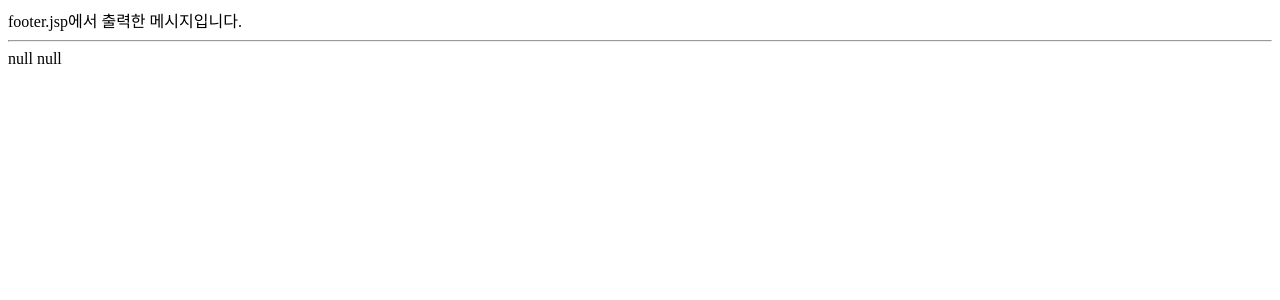
Repository: JeongDaejin/JSP-
Page: http://localhost/ServletTest/footer2.jsp
An editor plug-in stored every save of this project. The page is shown before and after the next save, followed by the edit.
The browser window is 1280 px wide. The pictures show the whole page.
The page is served by Tomcat 9. Other server files are loaded and not shown.

Above is the page before, as saved 2023-02-01 06:40:38.

### JSPExam2/ServletTest/src/main/webapp/footer2.jsp
<%@ page language="java" contentType="text/html; charset=EUC-KR"
    pageEncoding="EUC-KR"%>
<!DOCTYPE html>
<html>
<head>
<meta charset="EUC-KR">
<title>Insert title here</title>
</head>
<body>
footer.jsp에서 출력한 메시지입니다.
<hr>
	<%=request.getParameter("email") %>
	<%=request.getParameter("tel") %>
</body>
</html>

After the next save:
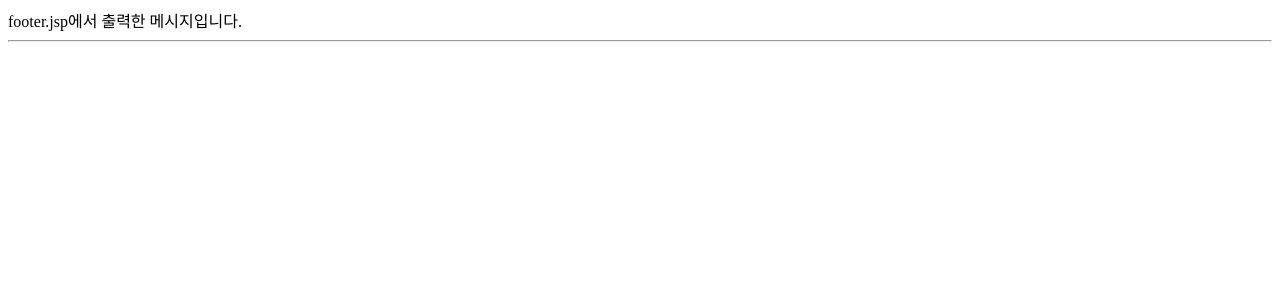
Saved 43 s later.
--- a/JSPExam2/ServletTest/src/main/webapp/footer2.jsp
+++ b/JSPExam2/ServletTest/src/main/webapp/footer2.jsp
@@ -9,7 +9,6 @@
 <body>
 footer.jsp에서 출력한 메시지입니다.
 <hr>
-	<%=request.getParameter("email") %>
-	<%=request.getParameter("tel") %>
+
 </body>
 </html>
